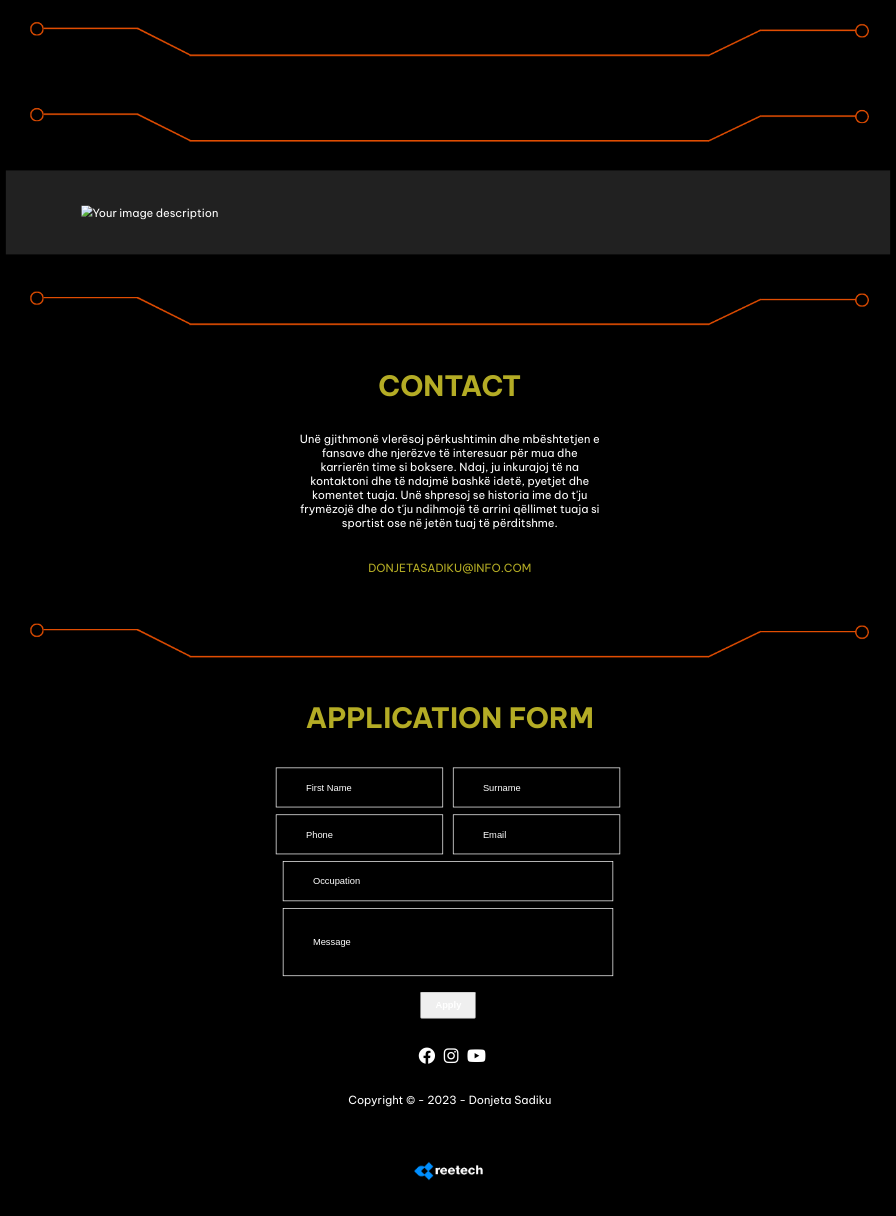
Repository: milot-morina/ds-boxing
Page: DS-Portfolio/index.html
An editor plug-in stored every save of this project. The page is shown before and after the next save, followed by the edit.
The browser window is 1280 px wide. The pictures show the part of the page from y = 2619 to 4539 px (the page is 4356 px tall before and 4539 px after), at 70% of full size.
A picture or video elsewhere on the page could not be fetched, so the positions and the page height are approximate.

Above is the page before, as saved 2023-03-21 10:20:09.
Not found: DS-Portfolio/your-image-url.jpg

After the next save:
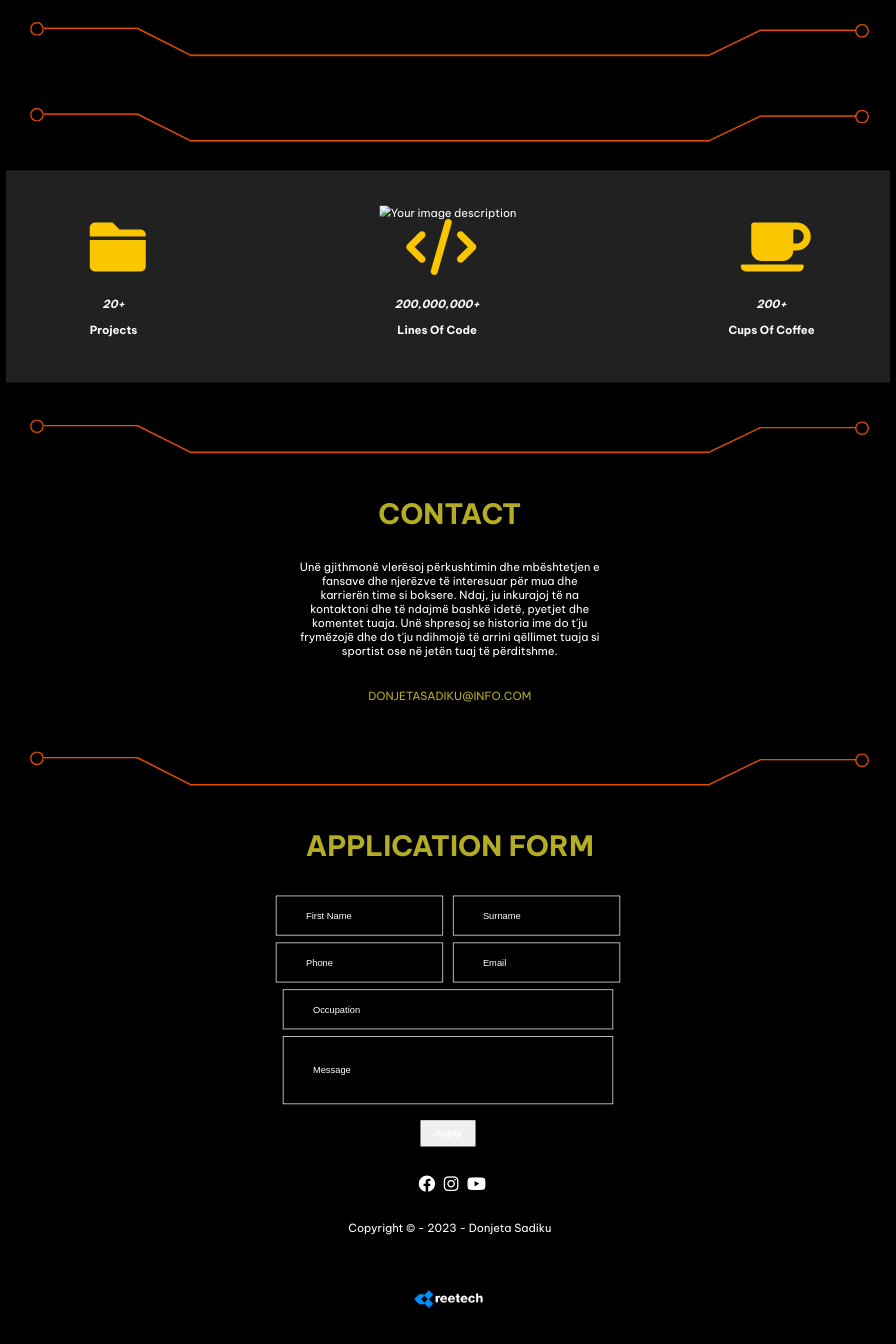
Saved 55 s later.
--- a/DS-Portfolio/index.html
+++ b/DS-Portfolio/index.html
@@ -128,39 +128,29 @@
   <!-- ktu section i ri -->
   <section class="fun-facts text-center">
     <div class="container">
+      <div class="col-md-6">
+        <img src="your-image-url.jpg" alt="Your image description">
+      </div>
+
       <div class="row">
-        <div class="col-md-6">
-          <img src="your-image-url.jpg" alt="Your image description">
-        </div>
-        <div class="col-md-6">
-          <div class="content">
-            <div class="row">
-              <div class="col-md-3">
-                <i class="fa fa-folder fa-5x"></i>
-                <p class="number">20+</p>
-                <p>Projects</p>
-              </div>
-              <div class="col-md-3">
-                <i class="fa fa-handshake-o fa-5x"></i>
-                <p class="number">50+</p>
-                <p>Business Owners Helped</p>
-              </div>
-              <div class="col-md-3">
-                <i class="fa fa-code fa-5x"></i>
-                <p class="number">200,000,000+</p>
-                <p>Lines Of Code</p>
-              </div>
-              <div class="col-md-3">
-                <i class="fa fa-coffee fa-5x"></i>
-                <p class="number">200+</p>
-                <p>Cups Of Coffee</p>
-              </div>
-            </div>
-          </div>
-        </div>
-      </div>
-    </div>
-
+        <div class="col-md-3">
+          <i class="fa fa-folder fa-5x"></i>
+          <p class="number">20+</p>
+          <p>Projects</p>
+        </div>
+
+        <div class="col-md-3">
+          <i class="fa fa-code fa-5x"></i>
+          <p class="number">200,000,000+</p>
+          <p>Lines Of Code</p>
+        </div>
+        <div class="col-md-3">
+          <i class="fa fa-coffee fa-5x"></i>
+          <p class="number">200+</p>
+          <p>Cups Of Coffee</p>
+        </div>
+      </div>
+    </div>
   </section>
 
 
